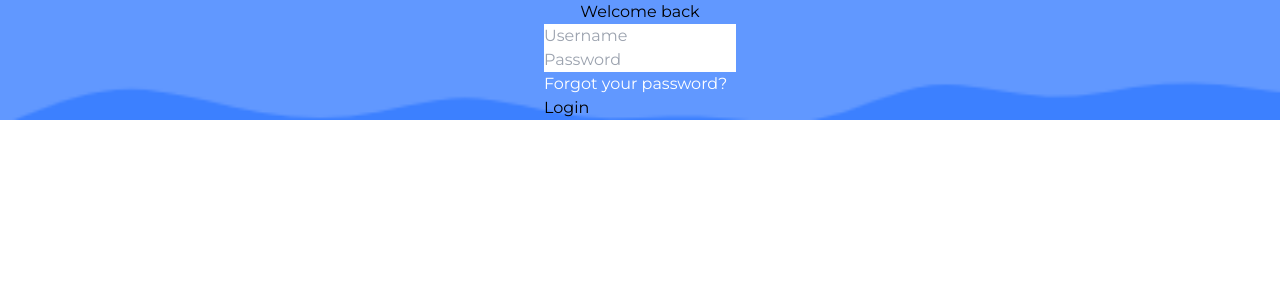
Repository: SatohJiro/CourseSale
Page: /
An editor plug-in stored every save of this project. The page is shown before and after a run of saves, followed by the edit.
The browser window is 1280 px wide. The pictures show the whole page.
The project was rebuilt for these pictures with package versions that can differ from the ones it lists, and the page was loaded fresh each time. Also part of the build but not shown: src/pages/Home/index.js, src/pages/Courses/index.js, src/layout/DefaultLayout/DefaultLayout.module.scss, src/layout/components/Header/Header.module.scss, src/layout/components/Header/index.js, src/layout/components/Sidebar/Sidebar.module.scss, src/layout/components/Sidebar/index.js, src/layout/DefaultLayout/index.js.

Above is the page before, as saved 2022-12-05 10:48:01.

### public/index.html
<!DOCTYPE html>
<html lang="en">
  <head>
    <meta charset="utf-8" />
    <link rel="icon" href="%PUBLIC_URL%/favicon.ico" />
    <meta name="viewport" content="width=device-width, initial-scale=1" />
    <meta name="theme-color" content="#000000" />
    <meta
      name="description"
      content="Web site created using create-react-app"
    />
    <link rel="apple-touch-icon" href="%PUBLIC_URL%/logo192.png" />
    <!--
      manifest.json provides metadata used when your web app is installed on a
      user's mobile device or desktop. See https://developers.google.com/web/fundamentals/web-app-manifest/
    -->
    <link rel="manifest" href="%PUBLIC_URL%/manifest.json" />
    <!--
      Notice the use of %PUBLIC_URL% in the tags above.
      It will be replaced with the URL of the `public` folder during the build.
      Only files inside the `public` folder can be referenced from the HTML.

      Unlike "/favicon.ico" or "favicon.ico", "%PUBLIC_URL%/favicon.ico" will
      work correctly both with client-side routing and a non-root public URL.
      Learn how to configure a non-root public URL by running `npm run build`.
    -->
    <title>Course Sale</title>
  </head>
  <body>
    <noscript>You need to enable JavaScript to run this app.</noscript>
    <div id="root"></div>
    <!--
      This HTML file is a template.
      If you open it directly in the browser, you will see an empty page.

      You can add webfonts, meta tags, or analytics to this file.
      The build step will place the bundled scripts into the <body> tag.

      To begin the development, run `npm start` or `yarn start`.
      To create a production bundle, use `npm run build` or `yarn build`.
    -->
  </body>
</html>

### src/index.js
import React from "react";
import ReactDOM from "react-dom/client";
import App from "./App";
import reportWebVitals from "./reportWebVitals";

import GlobalStyles from "~/components/GlobalStyles";

const root = ReactDOM.createRoot(document.getElementById("root"));
root.render(
  <React.StrictMode>
    <GlobalStyles>
      <App />
    </GlobalStyles>
  </React.StrictMode>
);

// If you want to start measuring performance in your app, pass a function
// to log results (for example: reportWebVitals(console.log))
// or send to an analytics endpoint. Learn more: https://bit.ly/CRA-vitals
reportWebVitals();

### src/App.js
import { Fragment } from "react";
import { BrowserRouter as Router, Routes, Route } from "react-router-dom";
import { publicRoutes } from "~/routes";
import { DefaultLayout } from "~/layout";
import Login from "./pages/Login/Login";

function App() {
  return (
    // <Router>
    //   <div className="App">
    //     <Routes>
    //       {publicRoutes.map((route, index) => {
    //         let Layout = DefaultLayout;
    //         if (route.layout) {
    //           Layout = route.layout;
    //         } else if (route.layout === null) {
    //           Layout = Fragment;
    //         }
    //         const Page = route.component;
    //         return (
    //           <Route
    //             key={index}
    //             path={route.path}
    //             element={
    //               <Layout>
    //                 <Page />
    //               </Layout>
    //             }
    //           />
    //         );
    //       })}
    //     </Routes>
    //   </div>
    // </Router>
    <Login></Login>
  );
}

export default App;

### src/components/GlobalStyles/index.js
import './GlobalStyles.scss'

function GlobalStyles({children}){
    return children
}
export default GlobalStyles

### src/routes/index.js
import { ROUTE_NAME } from "./routesConstant";

import Home from "~/pages/Home";
import Courses from "~/pages/Courses";
import Login from "~/pages/Login/Login";

const publicRoutes = [
  { path: ROUTE_NAME.ROOT, component: Home },
  { path: ROUTE_NAME.COURSES, component: Courses },
  { path: ROUTE_NAME.LOGIN, component: Login },
];
const privateRoutes = [];
export { publicRoutes, privateRoutes };

### src/layout/index.js
export {default as DefaultLayout} from './DefaultLayout'

### src/pages/Login/Login.jsx
import React from "react";

const Login = () => {
  return (
    <>
      <div className="grid place-items-center m-0 px-[24px] bg-login bg-no-repeat bg-cover animate-background-pan">
        <h2>Welcome back</h2>
        <form action="" className="grid">
          <input type="text" placeholder="Username" />
          <input type="password" placeholder="Password" />
          <a href="#">Forgot your password?</a>
          <butotn>Login</butotn>
        </form>
      </div>
    </>
  );
};

export default Login;

### src/components/GlobalStyles/GlobalStyles.scss
@tailwind base;
@tailwind components;
@tailwind utilities;
@import "normalize.css";
@import url("https://fonts.googleapis.com/css2?family=Montserrat:wght@300;400;500;600;700&display=swap");

:root {
}
* {
  margin: 0;
  padding: 0;
  box-sizing: border-box;
}
html {
  font-size: 62.5%;
  a {
    color: #fff;
  }
}
body {
  font-family: "Montserrat";
  font-size: 1.6rem;
  line-height: 1.5;
  text-rendering: optimizeSpeed;
}

### src/routes/routesConstant.js
const HOME = "/";
const COURSES = "/courses";
const LOGIN = "/login";

export const ROUTE_NAME = {
  LOGIN: LOGIN,
  ROOT: HOME,
  COURSES: COURSES,
};

### src/layout/components/Sidebar/Sidebar.js
import classNames from "classnames/bind";
import style from "./Sidebar.module.scss";

import { ROUTE_NAME } from "~/routes/routesConstant";
import { AiOutlineHome, AiOutlineUnorderedList } from "react-icons/ai";

import { Link } from "react-router-dom";
import { useState } from "react";

const cx = classNames.bind(style);

const listTab = [
  {
    name: "home",
    path: ROUTE_NAME.ROOT,
    title: "Trang chủ",
    icon: <AiOutlineHome className={cx("menu-icon")} />,
  },
  {
    name: "courses",
    path: ROUTE_NAME.COURSES,
    title: "Khóa học",
    icon: <AiOutlineUnorderedList className={cx("menu-icon")} />,
  },
];
function Sidebar() {
  const [tabActive, setTabActive] = useState(listTab[0].name);
  return (
    <div className={cx("wrapper")}>
      <div className={cx("menu-wrapper")}>
        {listTab.map((item, index) => {
          return (
            <Link
              to={item.path}
              className={cx(
                "menu-item",
                tabActive === item.name ? "active" : null
              )}
              key={index}
              onClick={() => {
                setTabActive(item.name);
              }}
            >
              {item.icon}
              <span className={cx("menu-title")}>{item.title}</span>
            </Link>
          );
        })}
      </div>
    </div>
  );
}

export default Sidebar;

### tailwind.config.js
/** @type {import('tailwindcss').Config} */
module.exports = {
  content: ["./src/**/*.{js,jsx,ts,tsx}"],
  theme: {
    extend: {
      backgroundImage: {
        login: "url('../assets/img/login/login.png')",
      },
      keyframs: {
        pan: {
          "100%": { backgroundPosition: "15% 50%" },
        },
      },
      animation: {
        "background-pan": "pan 6s infinite alternate linear",
      },
    },
  },
  plugins: [],
};

Loaded but not shown: src/reportWebVitals.js (common file)

After the next 2 saves:
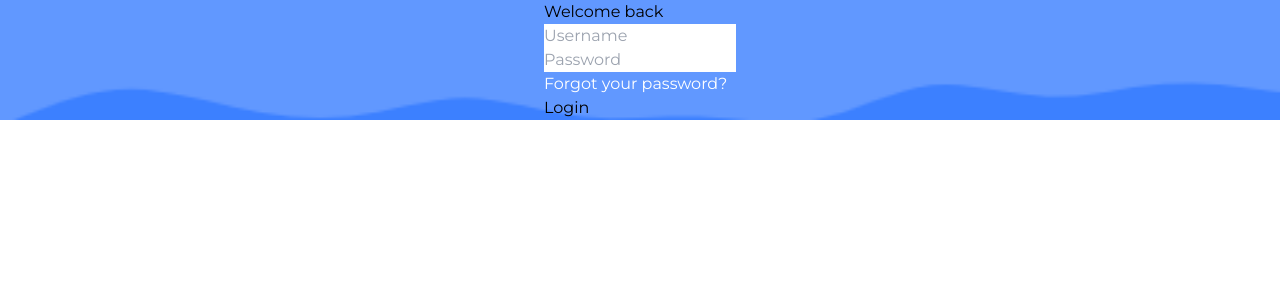
The 2 saves are shown as one change because they came seconds apart.
The last was saved 79 s later.
--- a/src/pages/Login/Login.jsx
+++ b/src/pages/Login/Login.jsx
@@ -4,13 +4,15 @@ const Login = () => {
   return (
     <>
       <div className="grid place-items-center m-0 px-[24px] bg-login bg-no-repeat bg-cover animate-background-pan">
-        <h2>Welcome back</h2>
-        <form action="" className="grid">
-          <input type="text" placeholder="Username" />
-          <input type="password" placeholder="Password" />
-          <a href="#">Forgot your password?</a>
-          <butotn>Login</butotn>
-        </form>
+        <div className="">
+          <h2>Welcome back</h2>
+          <form action="" className="grid">
+            <input type="text" placeholder="Username" />
+            <input type="password" placeholder="Password" />
+            <a href="#">Forgot your password?</a>
+            <butotn>Login</butotn>
+          </form>
+        </div>
       </div>
     </>
   );
